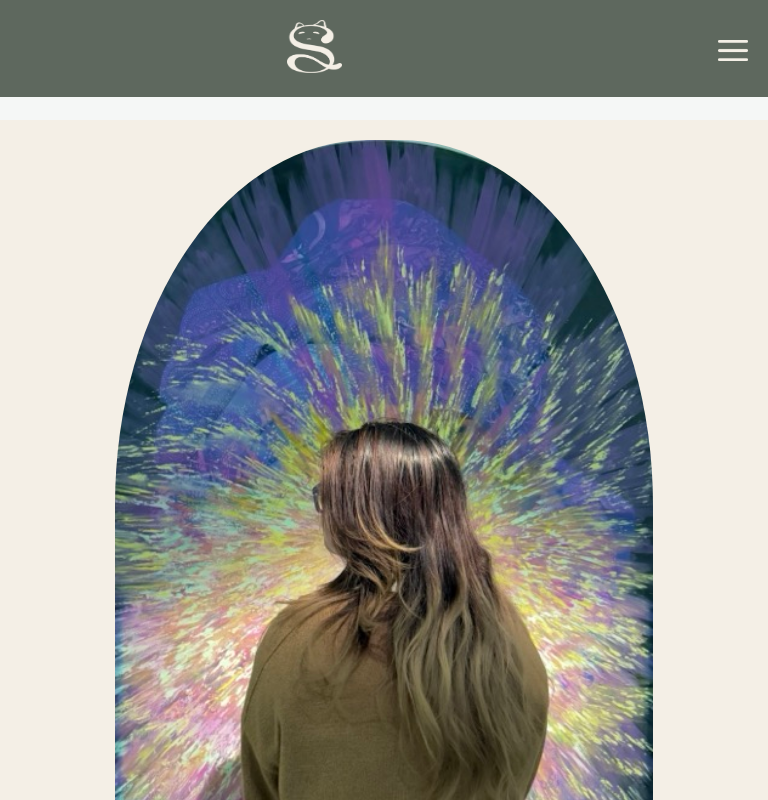
Repository: SandyLy453/portfolio
Page: /
These files come from the project's save history. The page is drawn as it stood at one moment and after the next save; the edit follows.
The browser window is 768 px wide. The pictures show the whole page.
An inner scrolling area shows only its first screen. The project was rebuilt for these pictures with package versions that can differ from the ones it lists, and the page was loaded fresh each time. The framework's server and built-in components were replaced by stand-ins that run in the browser. Also part of the build but not shown: next.config.mjs, modules/Footer/Footer.module.css, modules/Footer/Footer.js, modules/ProjectCard/ProjectCard.module.css, modules/ProjectCard/Projectcard.js.

Above is the page before, as saved 2025-02-17 17:20:38.

After the next save:
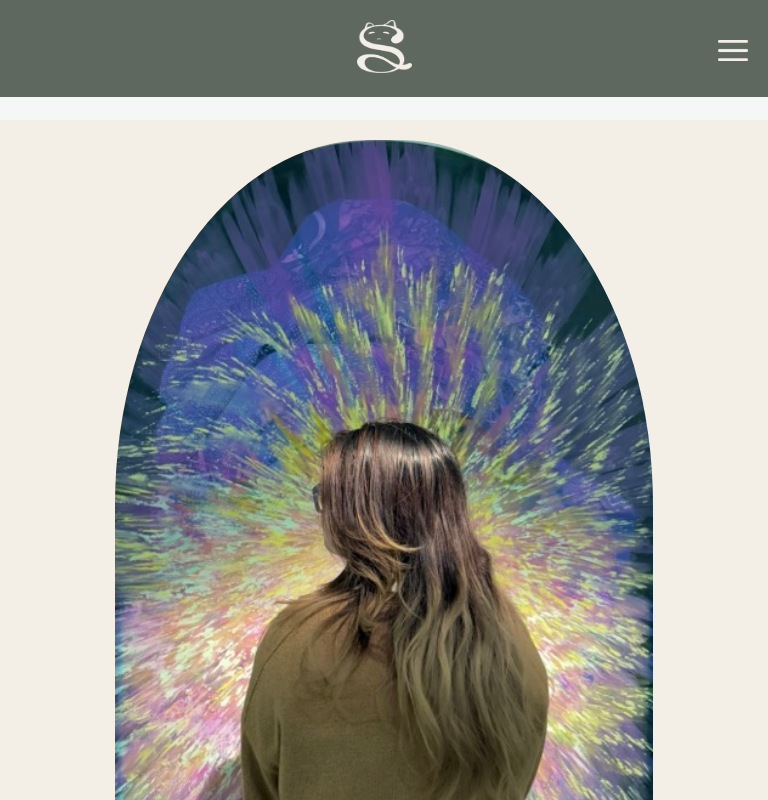
Saved 12 s later.
--- a/modules/Header/Header.module.css
+++ b/modules/Header/Header.module.css
@@ -101,9 +101,4 @@
         transform: scaleY(1);
     }
 
-    .logo {
-        position: relative;
-        top: 0px;
-        left: -70px;
-    }
 }
